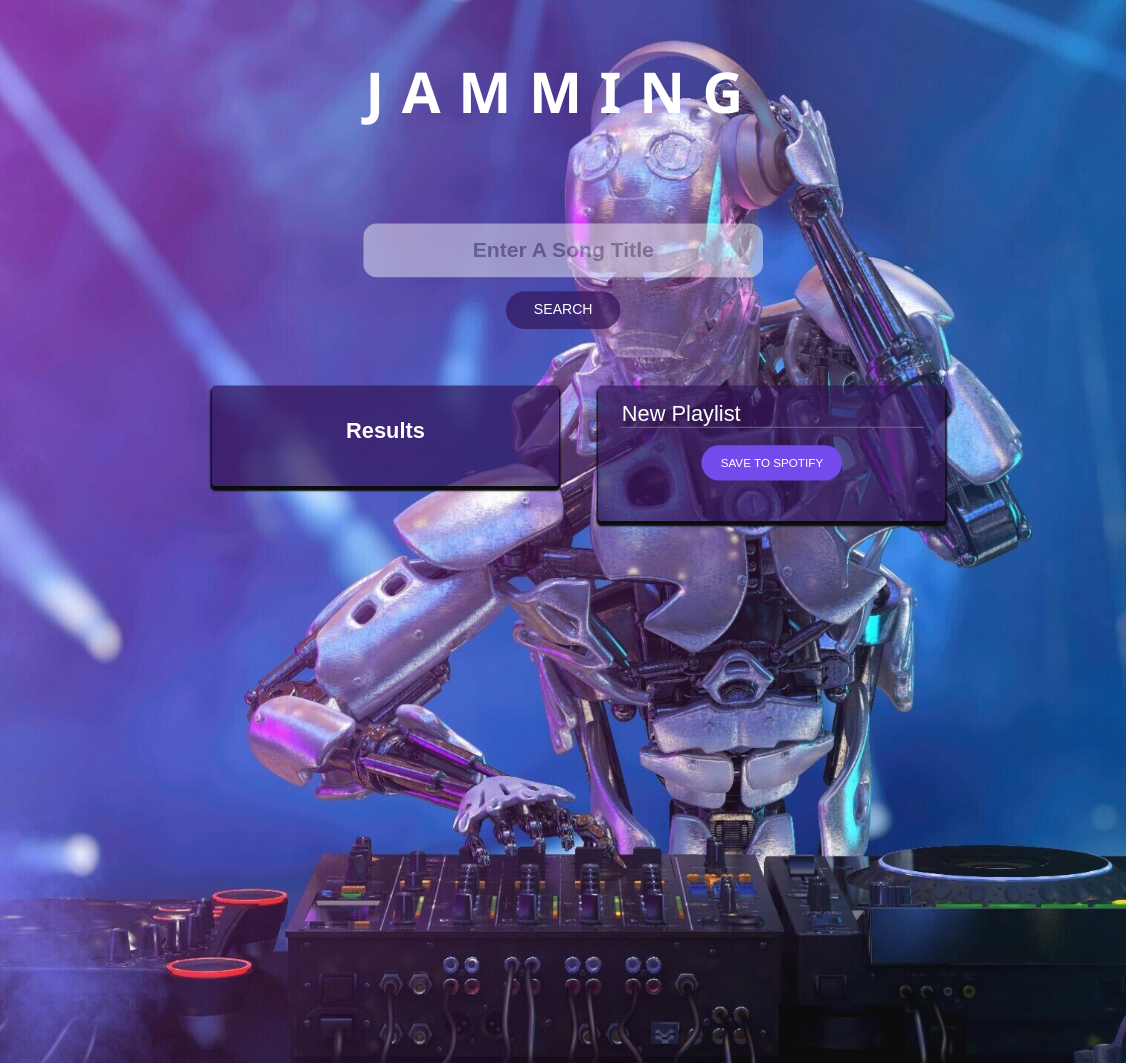
Repository: LolaSL/jamming
Page: /
These files come from the project's save history. The page is drawn as it stood at one moment and after the next save; the edit follows.
The browser window is 1280 px wide. The pictures show the whole page, at 88% of full size.
The project was rebuilt for these pictures with package versions that can differ from the ones it lists, and the page was loaded fresh each time. Also part of the build but not shown: src/components/Track/Track.css, src/components/Track/Track.jsx.

Above is the page before, as saved 2023-06-23 17:58:27.

After the next save:
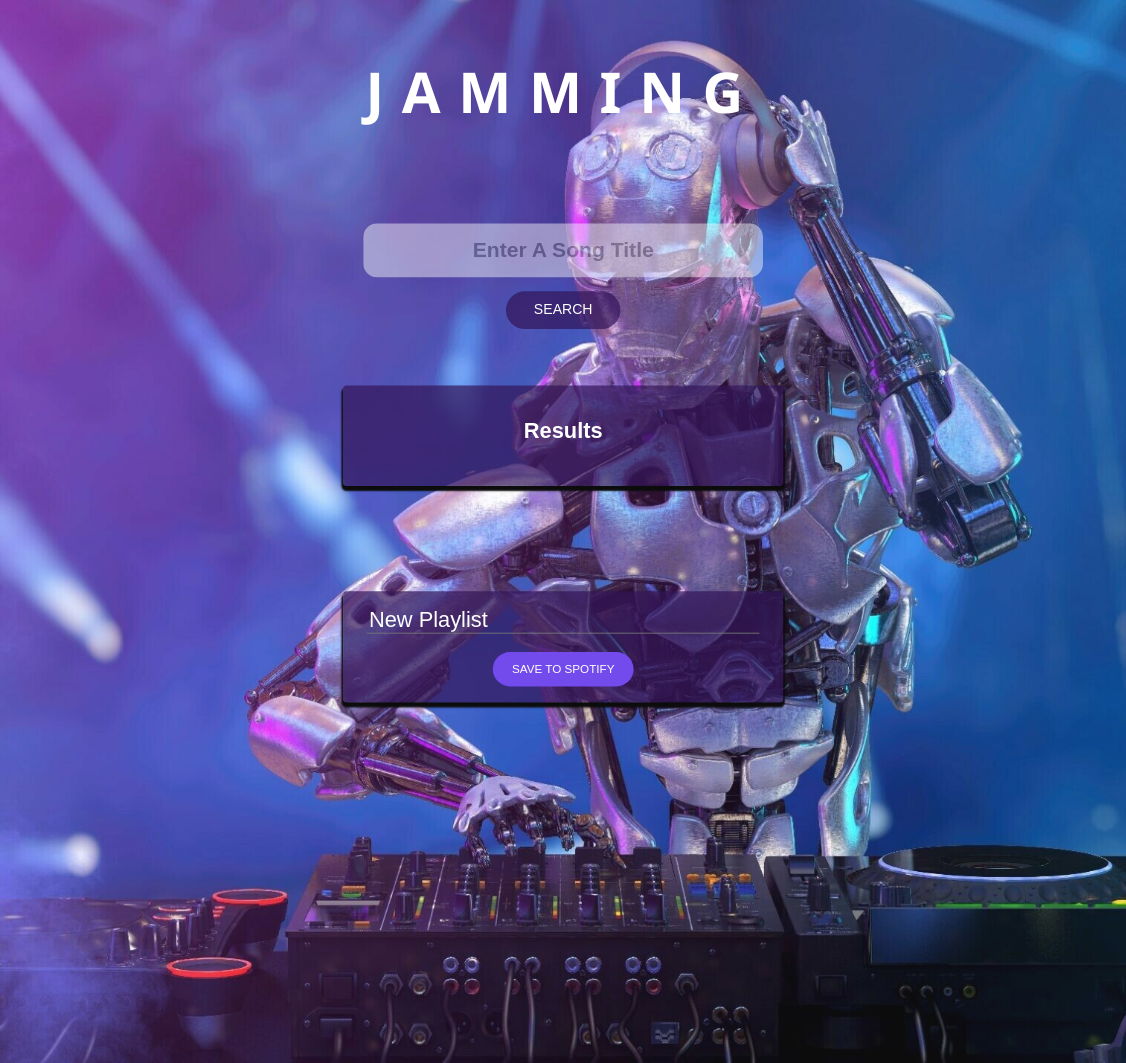
Saved 84 s later.
--- a/src/App/App.css
+++ b/src/App/App.css
@@ -49,6 +49,12 @@ h1 {
   display: grid;
   grid-template-columns: 1fr 1fr;
   grid-gap:80px;
+  display: flex;
+  flex-wrap: wrap;
+  align-items: justify;
+  column-gap: 30px;
+  width:500px;
+  margin: 0 auto;
 }
 
 /* CSS for SearchResults and Playlist components */
